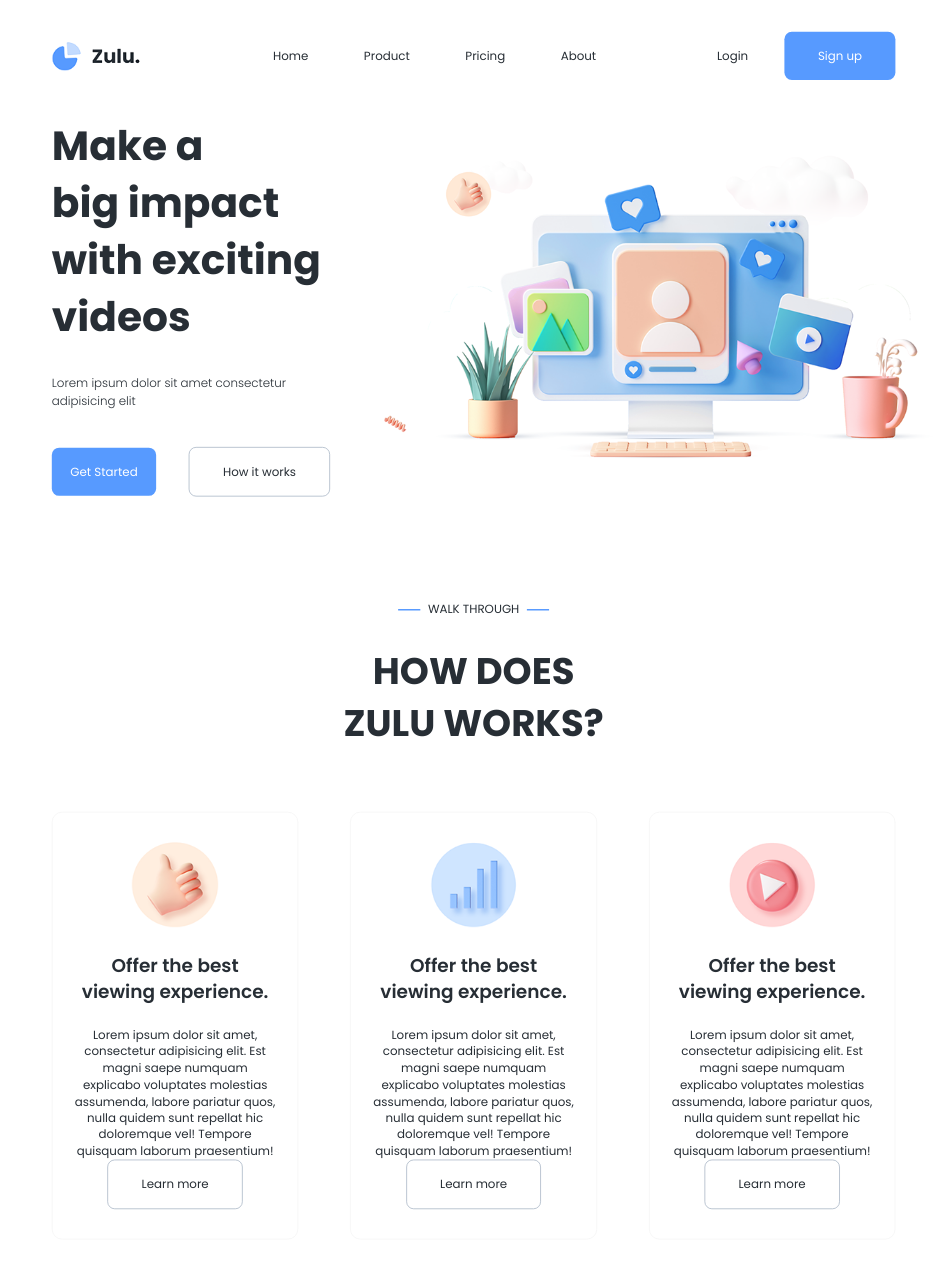
Repository: baodien1405/zulu-landing-page
Page: index.html
These files come from the project's save history. The page is drawn as it stood at one moment and after the next save; the edit follows.
The browser window is 1280 px wide. The pictures show the whole page, at 74% of full size.
The style sheet was rebuilt from its Sass, Less or Tailwind sources for each picture, by a compiler version that may differ from the author's.

Above is the page before, as saved 2021-06-22 16:54:09.

After the next save:
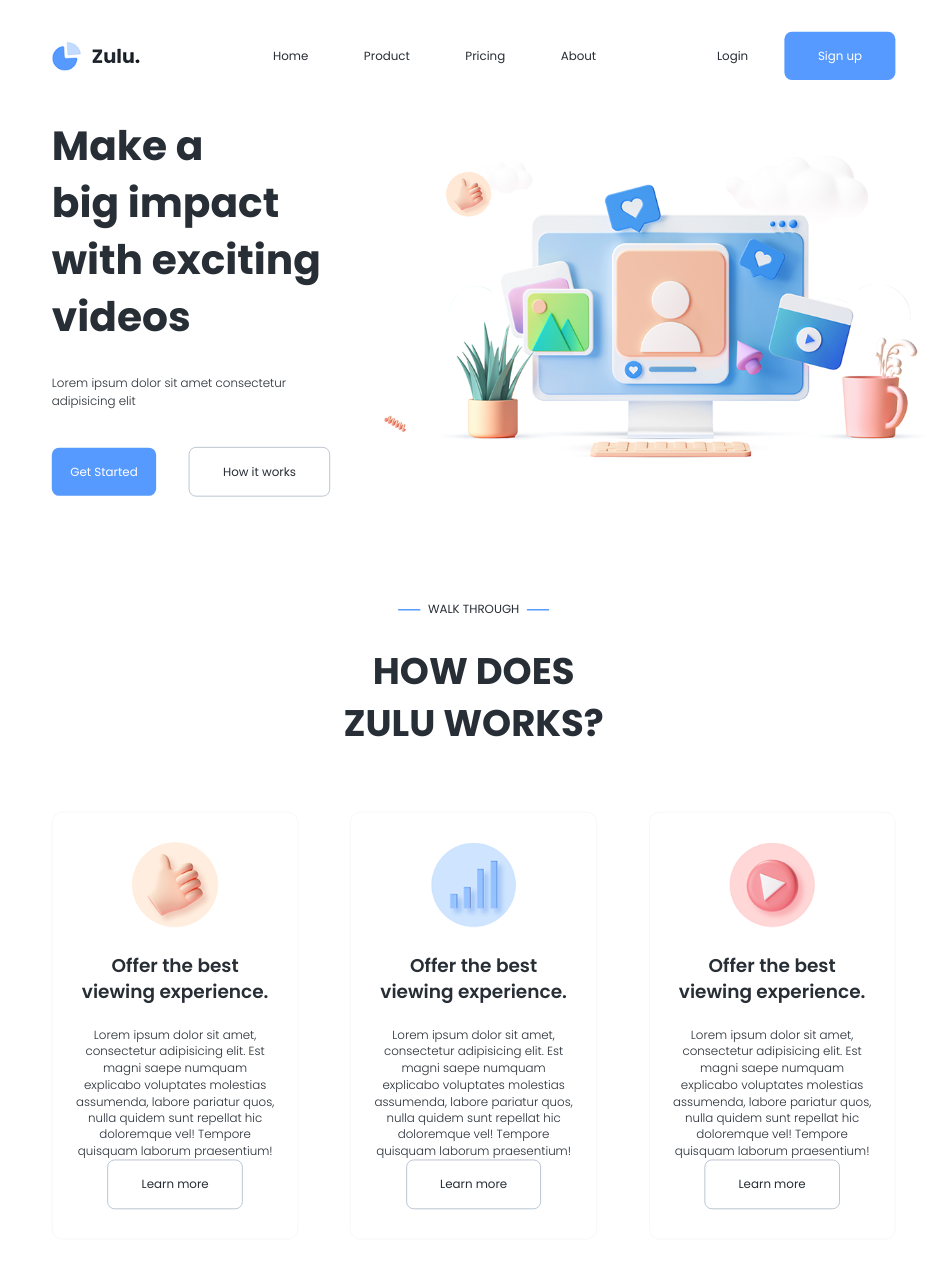
Saved 27 s later.
--- a/_work.scss
+++ b/_work.scss
@@ -31,4 +31,8 @@
     font-weight: 600;
     margin-bottom: 30px;
   }
+
+  &-desc {
+    font-weight: 300;
+  }
 }
